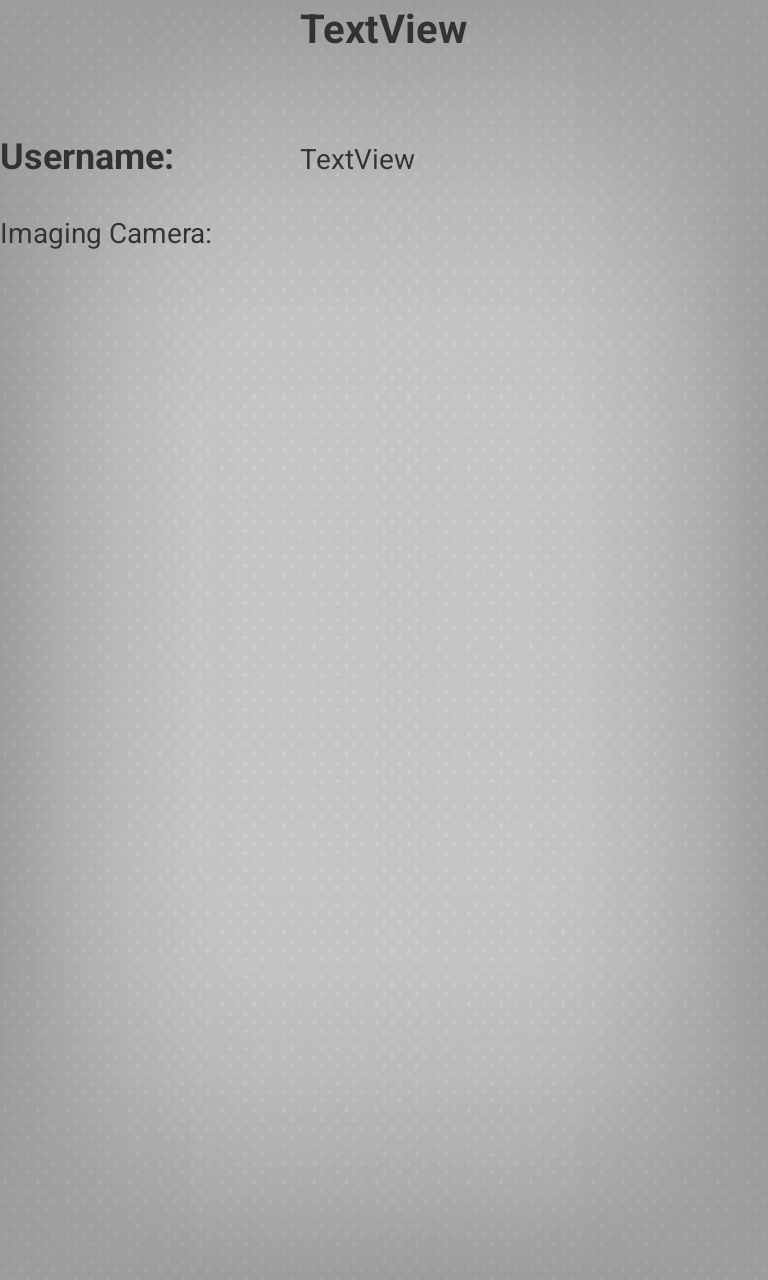
Repository: arianaantonio/APD2
Layout: AstroPix/res/layout/activity_detail.xml
An editor plug-in stored every save of this project. The layout is shown before and after the next save, followed by the edit.
It is drawn on a 768 x 1280 px phone screen (xhdpi) without system bars, with theme AppTheme; the app's code is not run.

Above is the layout before, as saved 2014-09-10 07:50:51.

### AstroPix/res/layout/activity_detail.xml
<?xml version="1.0" encoding="utf-8"?>
<RelativeLayout xmlns:android="http://schemas.android.com/apk/res/android"
    android:layout_width="match_parent"
    android:layout_height="match_parent"
    android:orientation="vertical"
    android:background="@drawable/background" >

    <TextView
        android:id="@+id/textView1"
        android:layout_width="wrap_content"
        android:layout_height="wrap_content"
        android:layout_alignParentTop="true"
        android:layout_centerHorizontal="true"
        android:text="TextView"
        android:textSize="20sp"
        android:textStyle="bold" />

    <TextView
        android:id="@+id/textView2"
        android:layout_width="wrap_content"
        android:layout_height="wrap_content"
        android:layout_alignParentLeft="true"
        android:layout_below="@+id/textView1"
        android:layout_marginTop="38dp"
        android:text="Username:"
        android:textSize="18sp"
        android:textStyle="bold" />

    <TextView
        android:id="@+id/textView3"
        android:layout_width="wrap_content"
        android:layout_height="wrap_content"
        android:layout_alignBaseline="@+id/textView2"
        android:layout_alignBottom="@+id/textView2"
        android:layout_alignLeft="@+id/textView1"
        android:layout_alignParentRight="true"
        android:text="TextView" />

    <TextView
        android:id="@+id/textView4"
        android:layout_width="wrap_content"
        android:layout_height="wrap_content"
        android:layout_alignParentLeft="true"
        android:layout_below="@+id/textView2"
        android:layout_marginTop="17dp"
        android:text="Imaging Camera:" />

</RelativeLayout>

Loaded but not shown: AstroPix/res/values/styles.xml (common file); AstroPix/res/values-v11/styles.xml (common file); AstroPix/res/values-v14/styles.xml (common file)

After the next save:
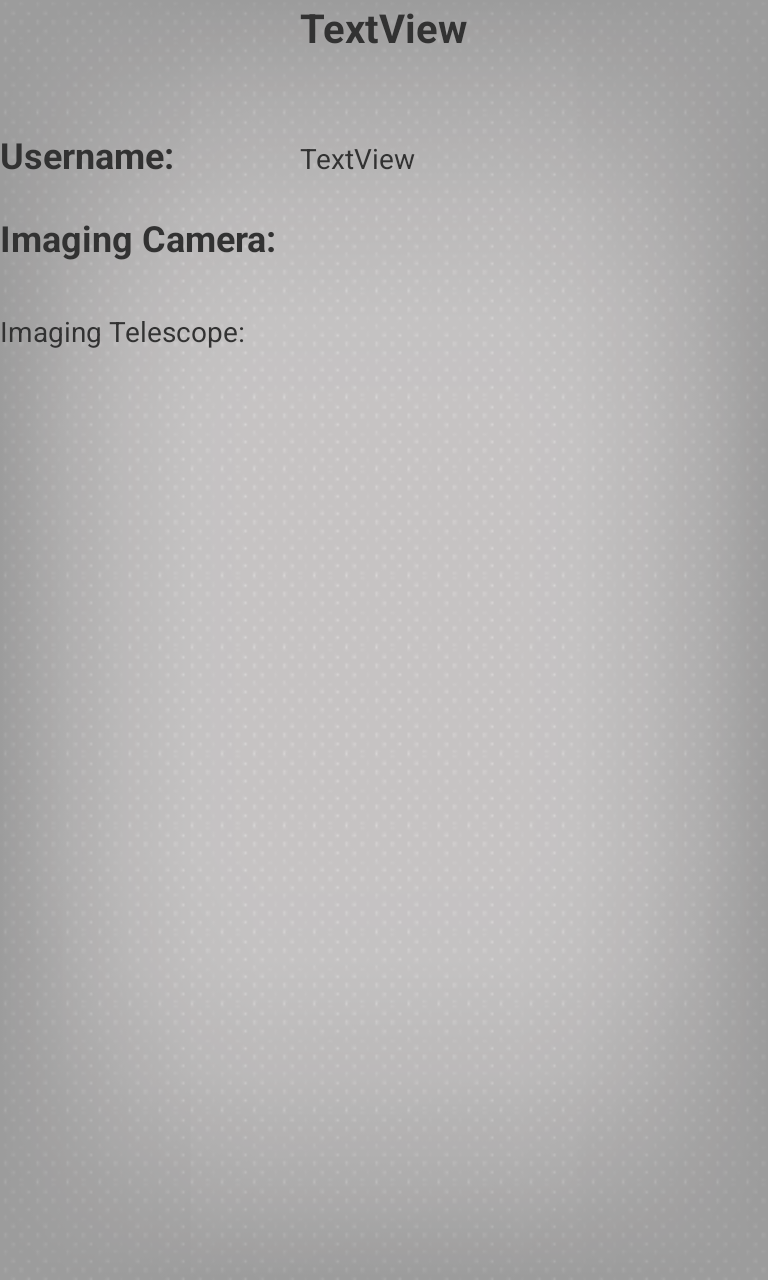
Saved 89 s later.
--- a/AstroPix/res/layout/activity_detail.xml
+++ b/AstroPix/res/layout/activity_detail.xml
@@ -43,6 +43,17 @@
         android:layout_alignParentLeft="true"
         android:layout_below="@+id/textView2"
         android:layout_marginTop="17dp"
-        android:text="Imaging Camera:" />
+        android:text="Imaging Camera:"
+        android:textSize="18sp"
+        android:textStyle="bold" />
+
+    <TextView
+        android:id="@+id/textView5"
+        android:layout_width="wrap_content"
+        android:layout_height="wrap_content"
+        android:layout_alignParentLeft="true"
+        android:layout_below="@+id/textView4"
+        android:layout_marginTop="25dp"
+        android:text="Imaging Telescope:" />
 
 </RelativeLayout>
